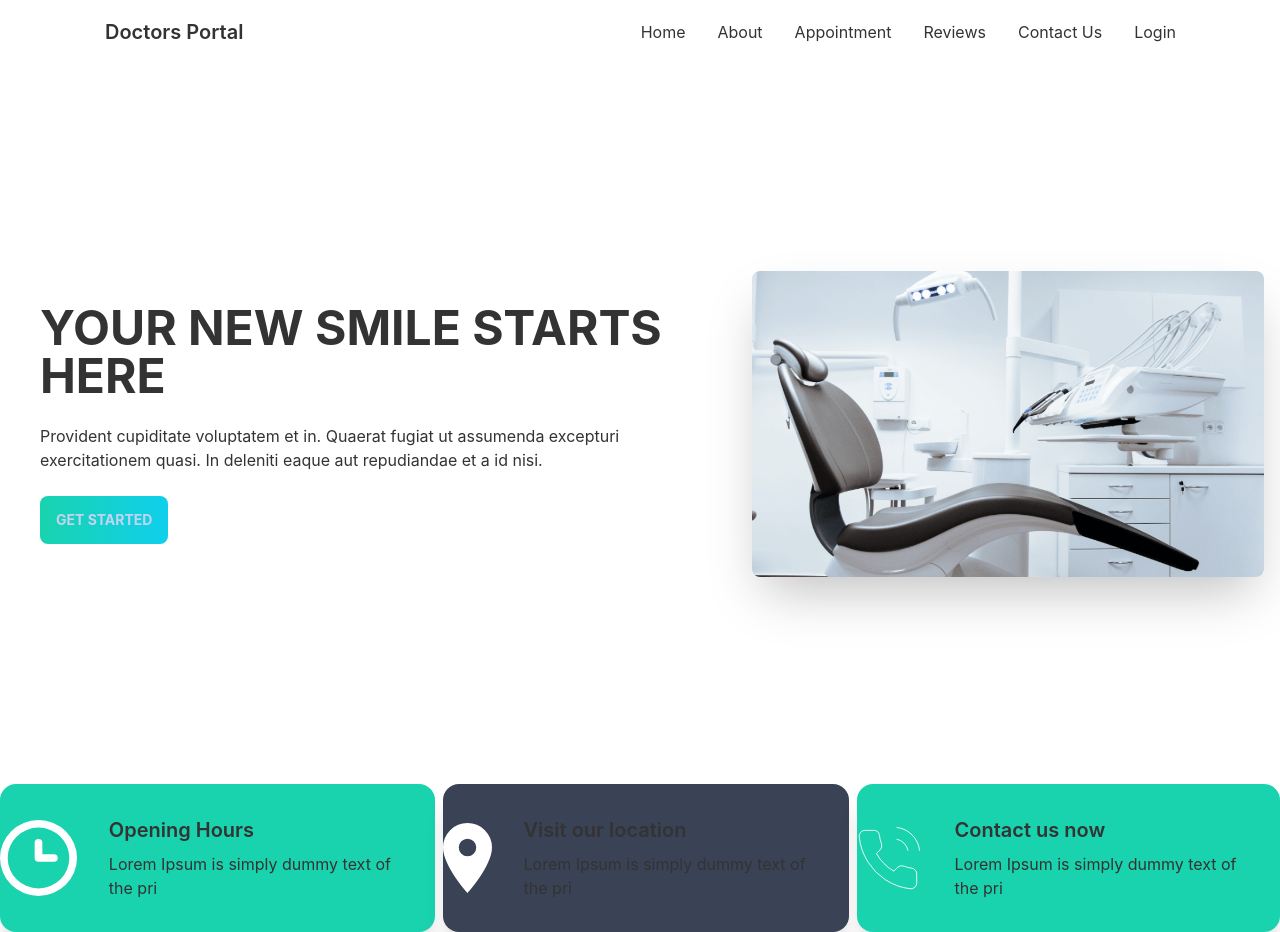
Repository: shikubro90/doctorsportal
Page: /
The author's editor kept a copy of each file at every save. The page is drawn from the files as they stood at one save, then again after the next save.
The browser window is 1280 px wide. The pictures show the whole page.
The project was rebuilt for these pictures with package versions that can differ from the ones it lists, and the page was loaded fresh each time. Also part of the build but not shown: src/App.css, src/Pages/About/About.jsx.

Above is the page before, as saved 2022-09-28 17:01:59.

### src/App.js
import { Route, Routes } from 'react-router-dom';
import './App.css';
import About from './Pages/About/About';
import Home from './Pages/Home/Home';
import Navbar from './Shared/Navbar';

function App() {
  return (
    <div className="App">
      <Navbar/>
      <Routes>
        <Route path='/' element={<Home/>}/>
        <Route path='/home' element={<Home/>}/>
        <Route path='/about' element={<About/>}/>
      </Routes>
    </div>
  );
}

export default App;

### src/Pages/Home/Home.jsx
import React from 'react'
import Banner from './Banner'
import BasicInfo from './BasicInfo'

const Home = () => {
  return (
    <div>
      <Banner />
      <BasicInfo/>
    </div>
  )
}

export default Home

### src/Shared/Navbar.jsx
import React from 'react'
import { Link } from 'react-router-dom'

const Navbar = () => {
  return (
    <div className="px-20">
      <div className="navbar bg-base-100">
        <div className="navbar-start">
          <div className="dropdown">
            <label tabIndex={0} className="btn btn-ghost lg:hidden">
              <svg
                xmlns="http://www.w3.org/2000/svg"
                className="h-5 w-5"
                fill="none"
                viewBox="0 0 24 24"
                stroke="currentColor"
              >
                <path
                  strokeLinecap="round"
                  strokeLinejoin="round"
                  strokeWidth="2"
                  d="M4 6h16M4 12h8m-8 6h16"
                />
              </svg>
            </label>
            <ul
              tabIndex={0}
              className="menu menu-compact dropdown-content mt-3 p-2 shadow bg-base-100 rounded-box w-52"
            >
              <li>
                <Link to="/home">Home</Link>
              </li>
              <li>
                <Link to="/about">About</Link>
              </li>
              <li>
                <Link to="/appointment">Appointment</Link>
              </li>
              <li>
                <Link to="/review">Reviews</Link>
              </li>
              <li>
                <Link to="/contact">Contact Us</Link>
              </li>
              <li>
                <Link to="/contact">Login</Link>
              </li>
            </ul>
          </div>
          <Link to="/" className='btn btn-ghost normal-case text-xl'>Doctors Portal</Link>
        </div>

        <div className="navbar-center hidden lg:flex">

          <ul className="menu menu-horizontal p-0 pl-20">
            <li>
              <Link to="/home">Home</Link>
            </li>
            <li>
              <Link to="/about">About</Link>
            </li>
            <li>
              <Link to="/appointment">Appointment</Link>
            </li>
            <li>
              <Link to="/review">Reviews</Link>
            </li>
            <li>
              <Link to="/contact">Contact Us</Link>
            </li>
            <li>
              <Link to="/contact">Login</Link>
            </li>
          </ul>

        </div>

      </div>

    </div>
  )
}

export default Navbar

### src/Pages/Home/Banner.jsx
import React from 'react'
import heroImage from '../../assets/images/chair.png'
import ButtonPrimary from '../../Shared/ButtonPrimary'

function Banner() {
  return (
    <div className=''>
      <div className="hero min-h-screen">
        <div className="hero-content flex flex-col lg:flex-row-reverse">
          <img
            src={heroImage}
            className="max-w-lg rounded-lg shadow-2xl"
            alt='bannerImage'
          />
          <div className='px-6'>
            <h1 className="text-5xl font-bold uppercase">Your New Smile Starts Here</h1>
            <p className="py-6 ">
              Provident cupiditate voluptatem et in. Quaerat fugiat ut assumenda
              excepturi exercitationem quasi. In deleniti eaque aut repudiandae
              et a id nisi.
            </p>
            <ButtonPrimary>{"Get Started"}</ButtonPrimary>
          </div>
        </div>
      </div>
    </div>
  )
}

export default Banner

### src/Pages/Home/BasicInfo.jsx
import MiniCard from './MiniCard'
import { miniCard } from '../../assets/resourse/Resourse.js'

const BasicInfo = () => {
  return (
    <div className="flex items-center justify-center gap-2">
      {miniCard.map(({ id, icon, title, style, disc }) => {
        return (
          <MiniCard
            id={id}
            icon={icon}
            title={title}
            style={style}
            disc={disc}
          />
        )
      })}
    </div>
  )
}

export default BasicInfo

### src/Shared/ButtonPrimary.jsx
function ButtonPrimary({ children }) {
  return (
    <div>
      <button className="btn bg-gradient-to-r from-secondary to-primary border-none font-bold">
        {children}
      </button>
    </div>
  )
}

export default ButtonPrimary

### src/Pages/Home/MiniCard.jsx
const MiniCard = (props) => {
  const { id, icon, title, style, disc } = props
  return (
    <div>
      <div key={id} className="cardWrapper flex">
        <div
          className="card card-side bg-base-100 shadow-xl flex items-center justify-center"
          style={style}
        >
          <div className="">
            <img src={icon} alt="icon" />
          </div>
          <div className="card-body">
            <h2 className="card-title">{title}</h2>
            <p>{disc}</p>
          </div>
        </div>
      </div>
    </div>
  )
}

export default MiniCard

### src/assets/resourse/Resourse.js
import clock from "../icons/clock.svg"
import marker from '../icons/marker.svg'
import phone from '../icons/phone.svg'

export const miniCard =[
    {
        id : 0,
        icon : clock,
        title : "Opening Hours",
        disc : "Lorem Ipsum is simply dummy text of the pri",
        style : {background : "#19D3AE"}
    },
    {
        id : 1,
        icon : marker,
        title : "Visit our location",
        disc : "Lorem Ipsum is simply dummy text of the pri",
        style : {background : "#3A4256"}
    },
    {
        id : 2,
        icon : phone,
        title : "Contact us now",
        disc : "Lorem Ipsum is simply dummy text of the pri",
        style : {background : "#19D3AE"}
    }
]

### tailwind.config.js
/** @type {import('tailwindcss').Config} */
module.exports = {
  content: [
    "./src/**/*.{js,jsx,ts,tsx}",
  ],
  theme: {
    extend: {},
  },
  daisyui: {
    themes: [
      {
       doctorstheme: {
          primary: "#0FCFEC",
          secondary: "#19D3AE",
          accent: "#3A4256",
          neutral: "#3d4451",
          "base-100": "#ffffff",
        },
      },
      "light",
      "cupcake",
    ],
  },
  plugins: [require("daisyui")],
}

Loaded but not shown: public/index.html (common file); src/index.js (common file); src/index.css (common file); src/reportWebVitals.js (common file)

After the next save:
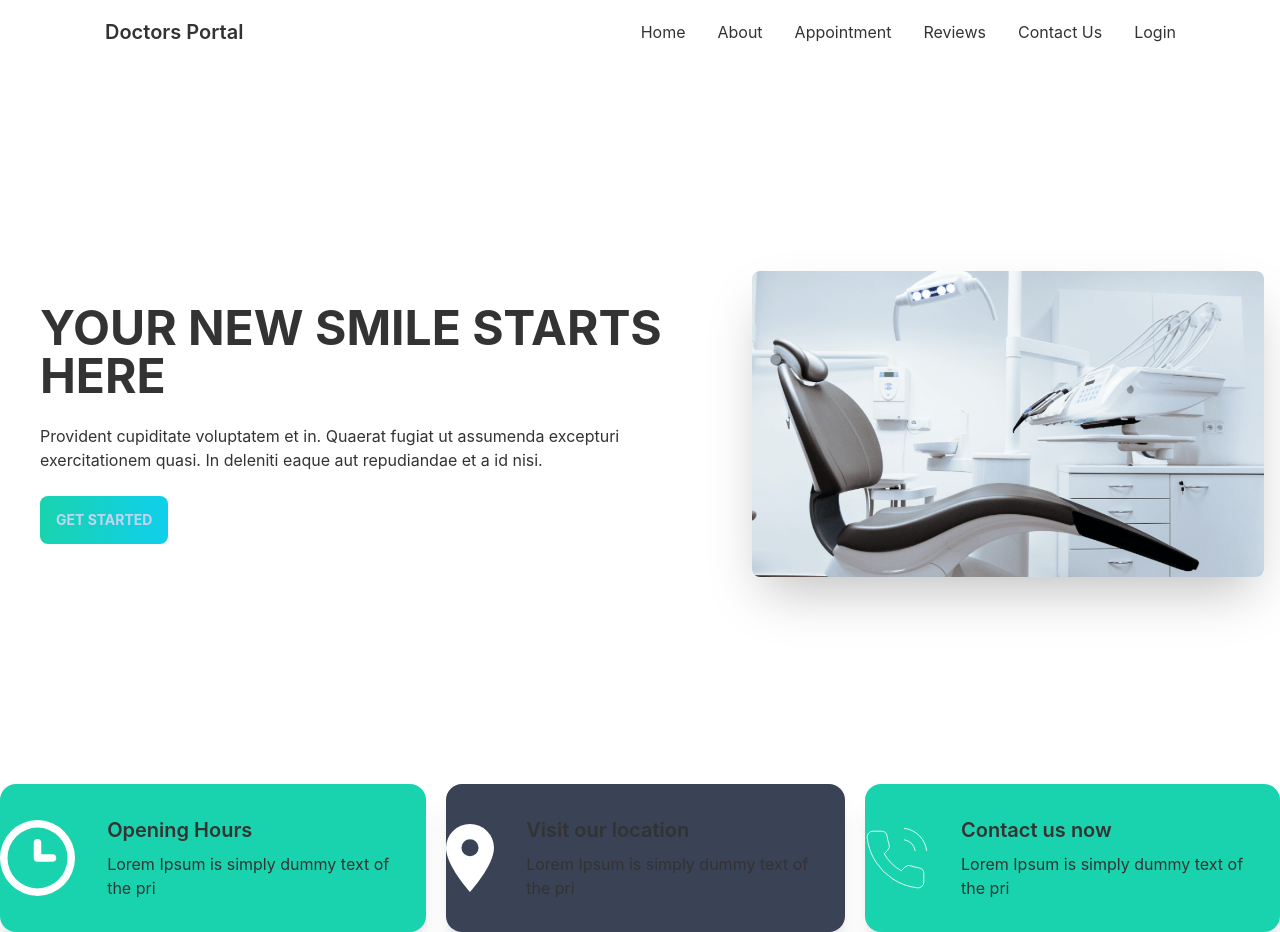
Saved 5 s later.
--- a/src/Pages/Home/BasicInfo.jsx
+++ b/src/Pages/Home/BasicInfo.jsx
@@ -3,7 +3,7 @@ import { miniCard } from '../../assets/resourse/Resourse.js'
 
 const BasicInfo = () => {
   return (
-    <div className="flex items-center justify-center gap-2">
+    <div className="flex items-center justify-center gap-5">
       {miniCard.map(({ id, icon, title, style, disc }) => {
         return (
           <MiniCard
